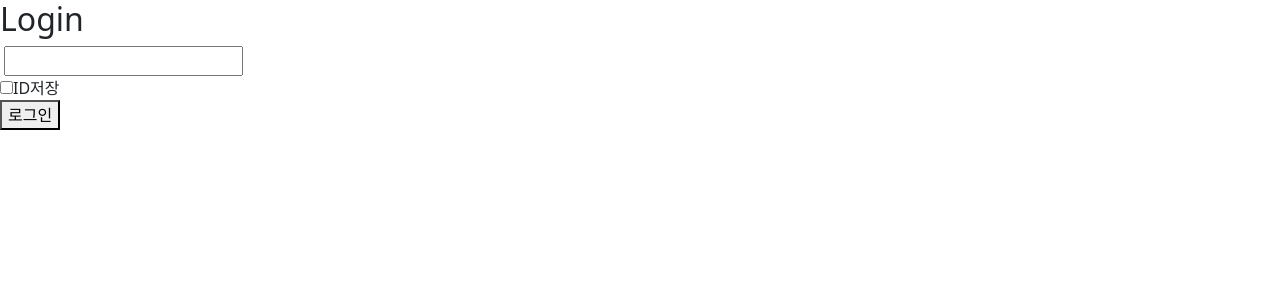
Repository: GotChun/DH_JSP
Page: http://localhost/01_JSP/C07/03/loginProc.jsp
These files come from the project's save history. The page is drawn as it stood at one moment and after the next save; the edit follows.
The browser window is 1280 px wide. The pictures show the whole page.
The page is served by Tomcat 9. Other server files are loaded and not shown.

Above is the page before, as saved 2024-10-23 05:23:07.

### 01_JSP/src/main/webapp/C07/03/loginProc.jsp
<%@ page language="java" contentType="text/html; charset=UTF-8"
    pageEncoding="UTF-8"%>
<!DOCTYPE html>
<html>
<head>
<meta charset="UTF-8">
<title>Insert title here</title>

<link href="https://cdn.jsdelivr.net/npm/bootstrap@5.0.2/dist/css/bootstrap.min.css" rel="stylesheet" integrity="sha384-EVSTQN3/azprG1Anm3QDgpJLIm9Nao0Yz1ztcQTwFspd3yD65VohhpuuCOmLASjC" crossorigin="anonymous">
<script src="https://cdn.jsdelivr.net/npm/bootstrap@5.0.2/dist/js/bootstrap.bundle.min.js" integrity="sha384-MrcW6ZMFYlzcLA8Nl+NtUVF0sA7MsXsP1UyJoMp4YLEuNSfAP+JcXn/tWtIaxVXM" crossorigin="anonymous"></script>

</head>
<body>

	<div class="wrapper">
		<header></header>
		<main>
			<form>
			<div>
				<h2>Login</h2>
			</div>
			<div>
				<label for=""></label>
				<input type="text" />
			</div>

			<div>
					<input type="checkbox" /><label for="">ID저장</label>
			</div>

			<div>
			<button>로그인</button>
			</div>
			</form>

		</main>
		<footer></footer>
	</div>





</body>
</html>

After the next save:
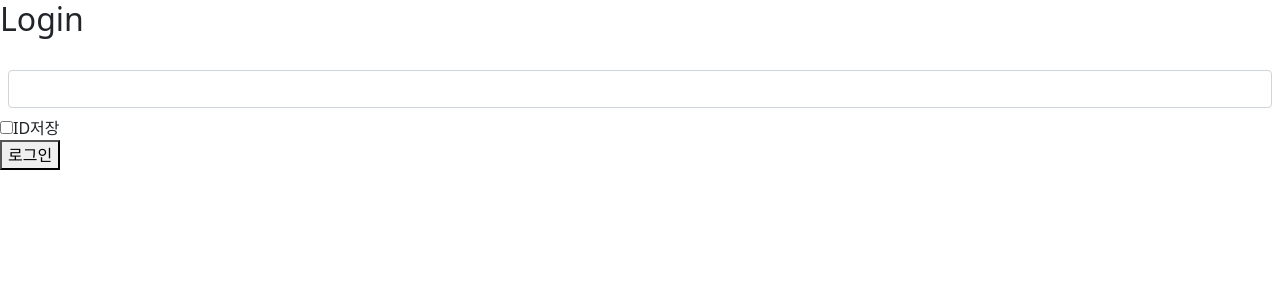
Saved 49 s later.
--- a/01_JSP/src/main/webapp/C07/03/loginProc.jsp
+++ b/01_JSP/src/main/webapp/C07/03/loginProc.jsp
@@ -19,9 +19,9 @@
 			<div>
 				<h2>Login</h2>
 			</div>
-			<div>
+			<div class="m-2">
 				<label for=""></label>
-				<input type="text" />
+				<input type="text" class="form-control"/>
 			</div>
 
 			<div>
